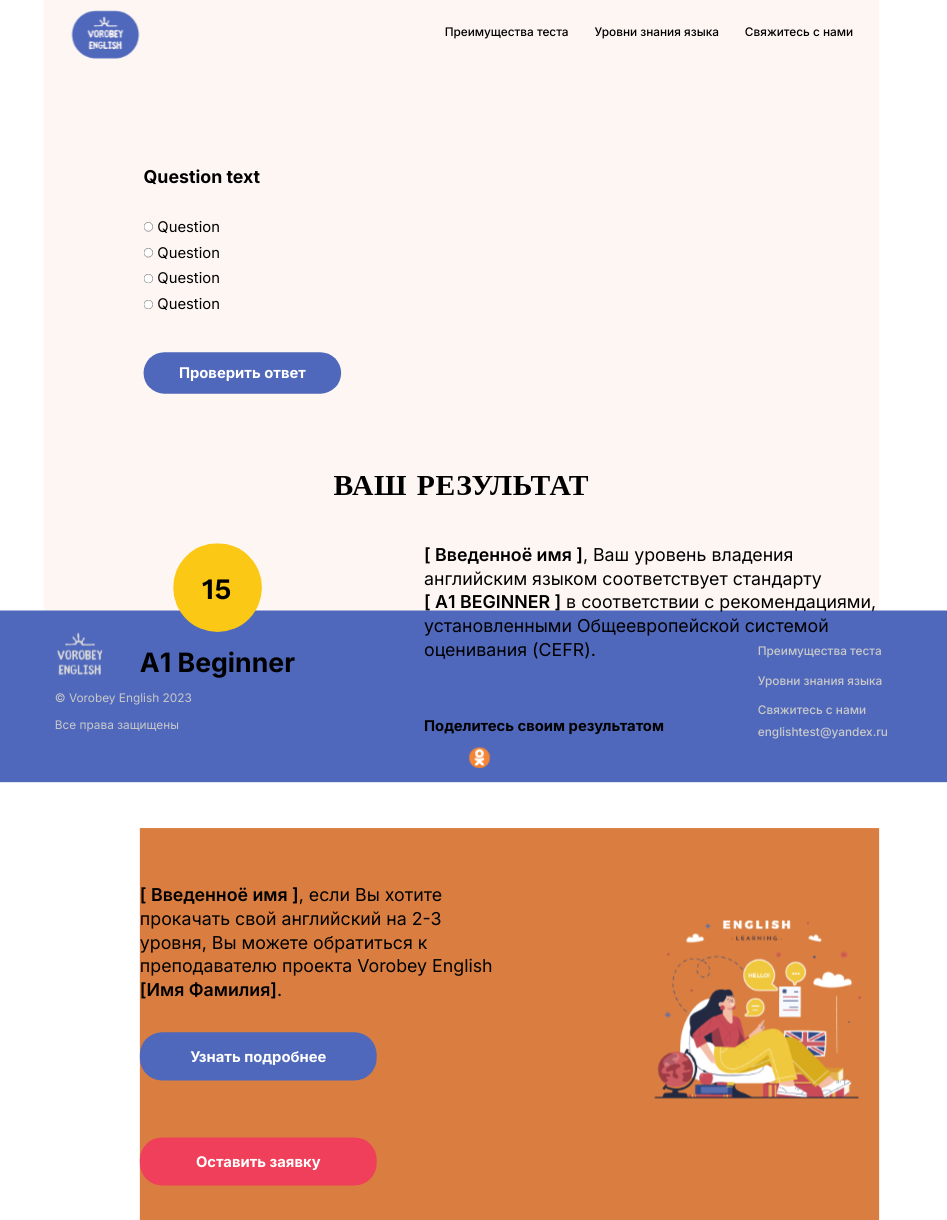
Repository: WladimirVA/PP-01-01_Dandelions
Page: test.html
The author's editor kept a copy of each file at every save. The page is drawn from the files as they stood at one save, then again after the next save.
The browser window is 1280 px wide. The pictures show the whole page, at 74% of full size.

Above is the page before, as saved 2023-02-14 15:55:51.

After the next save:
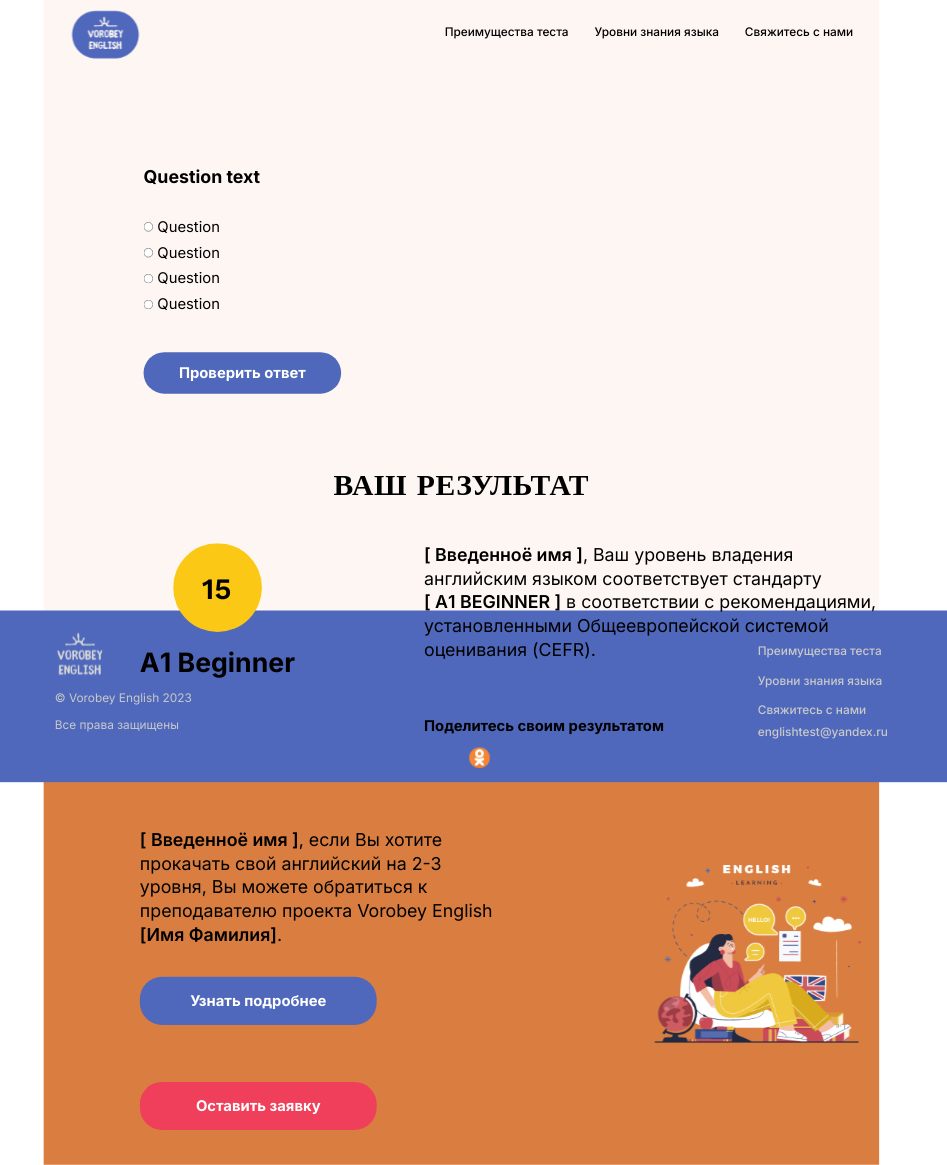
Saved 2 min 9 s later.
--- a/static/css/test.css
+++ b/static/css/test.css
@@ -143,7 +143,7 @@ body {
     background-size: 100%;
     background-color: #d97e40;
     padding-top: 75px;
-    margin: 150px 0 0 130px;
+    padding: 150px 0 0 130px;
 }
 
 .appeal button {
